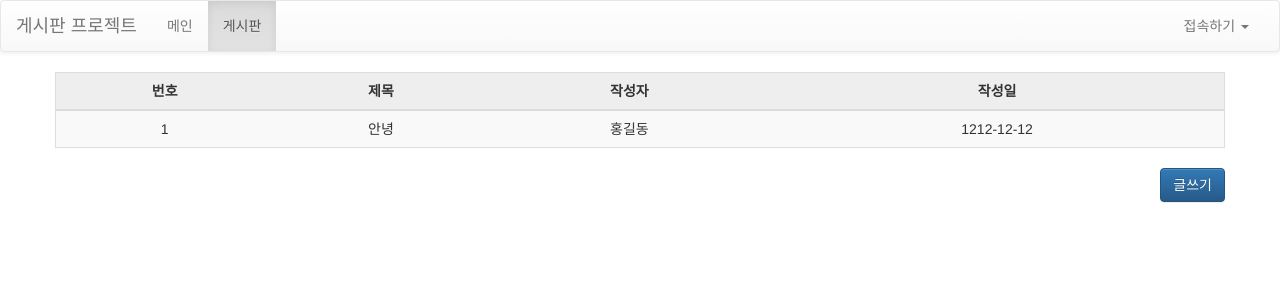
Repository: Seok7975/JSP-Education
Page: http://localhost/BBS/write.jsp
An editor plug-in stored every save of this project. The page is shown before and after the next save, followed by the edit.
The browser window is 1280 px wide. The pictures show the whole page.
Some web libraries are served in a nearby version. The page is served by Tomcat 9.

Above is the page before, as saved 2024-06-05 10:28:34.

After the next save:
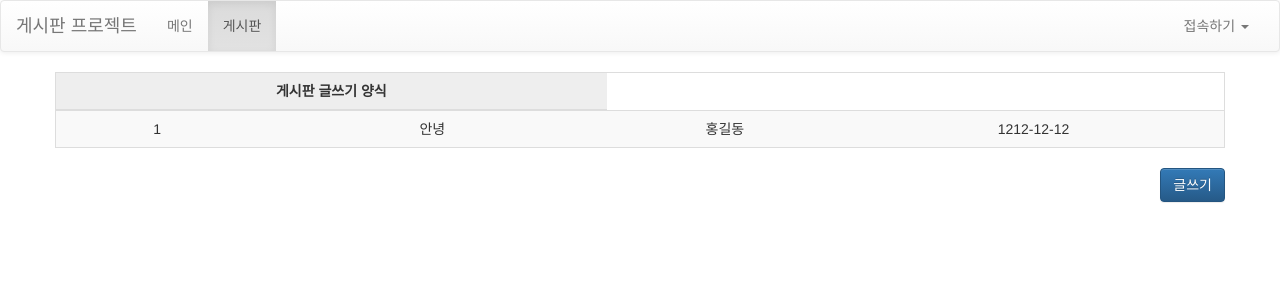
Saved 89 s later.
--- a/List_Projects/BBS/src/main/webapp/write.jsp
+++ b/List_Projects/BBS/src/main/webapp/write.jsp
@@ -75,10 +75,7 @@
 			<table class="table table-striped" style="text-align: center; border: 1px solid #dddddd">
 				<thead>
 					<tr>
-						<th style="background-color: #eeeeee; text-align: center;">번호</th>
-						<th style="background-color: #eeeeee; text-align: center;">제목</th>
-						<th style="background-color: #eeeeee; text-align: center;">작성자</th>
-						<th style="background-color: #eeeeee; text-align: center;">작성일</th>
+						<th colspan="2" style="background-color: #eeeeee; text-align: center;">게시판 글쓰기 양식</th>
 					</tr>
 				</thead>
 				<tbody> <!-- 예시 -->
